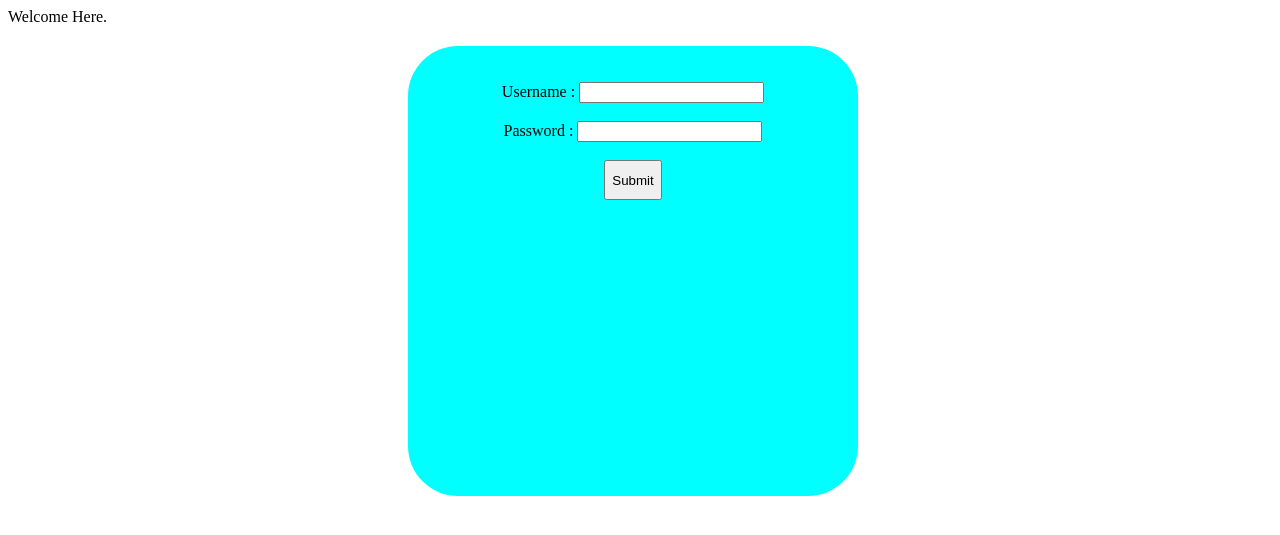
Repository: sunil965/JavaRepo
Page: WebProject/WebContent/index.html
The author's editor kept a copy of each file at every save. The page is drawn from the files as they stood at one save, then again after the next save.
The browser window is 1280 px wide. The pictures show the whole page.

Above is the page before, as saved 2017-04-26 11:32:00.

After the next save:
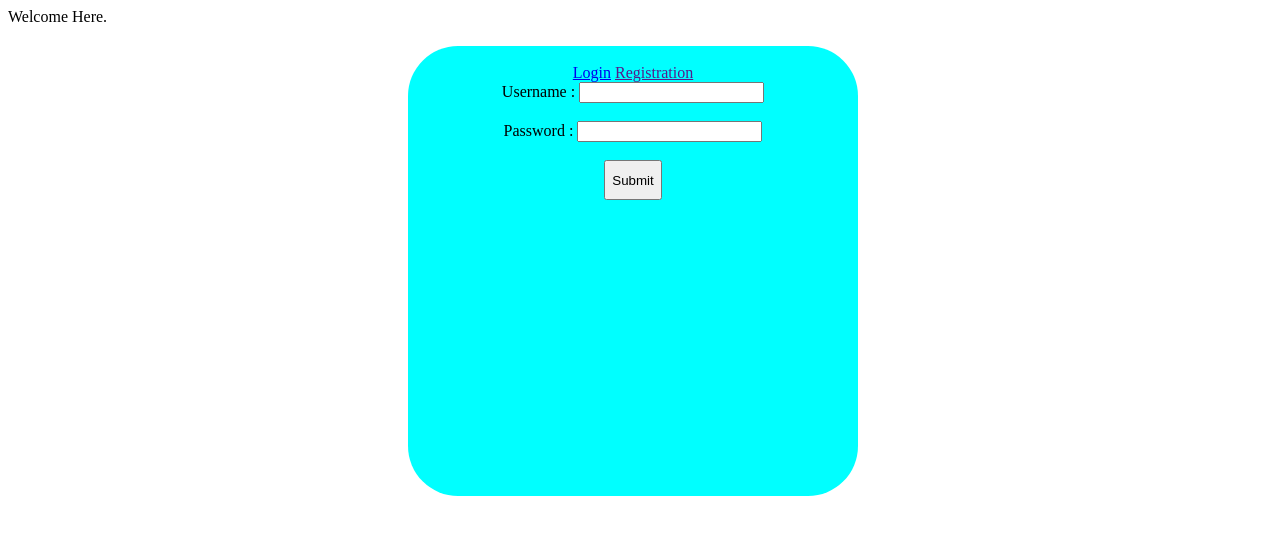
Saved 40 min 58 s later.
--- a/WebProject/WebContent/index.html
+++ b/WebProject/WebContent/index.html
@@ -18,10 +18,16 @@
 </style>
 <body>
 
-<div><hi>Welcome Here.</hi></div>
+<div>
+	<hi>Welcome Here.</hi>
+</div>
 
 <div class="div">
-<center><br><br>
+<center>
+<br>
+<a href="http://localhost:8011/FirstWebProject/">Login</a>
+<a href="">Registration</a>
+<br>
 
 <form action="LoginServlet" method="get" style="height: 231px; ">
 Username : <input type="text" id="name"><br><br>
